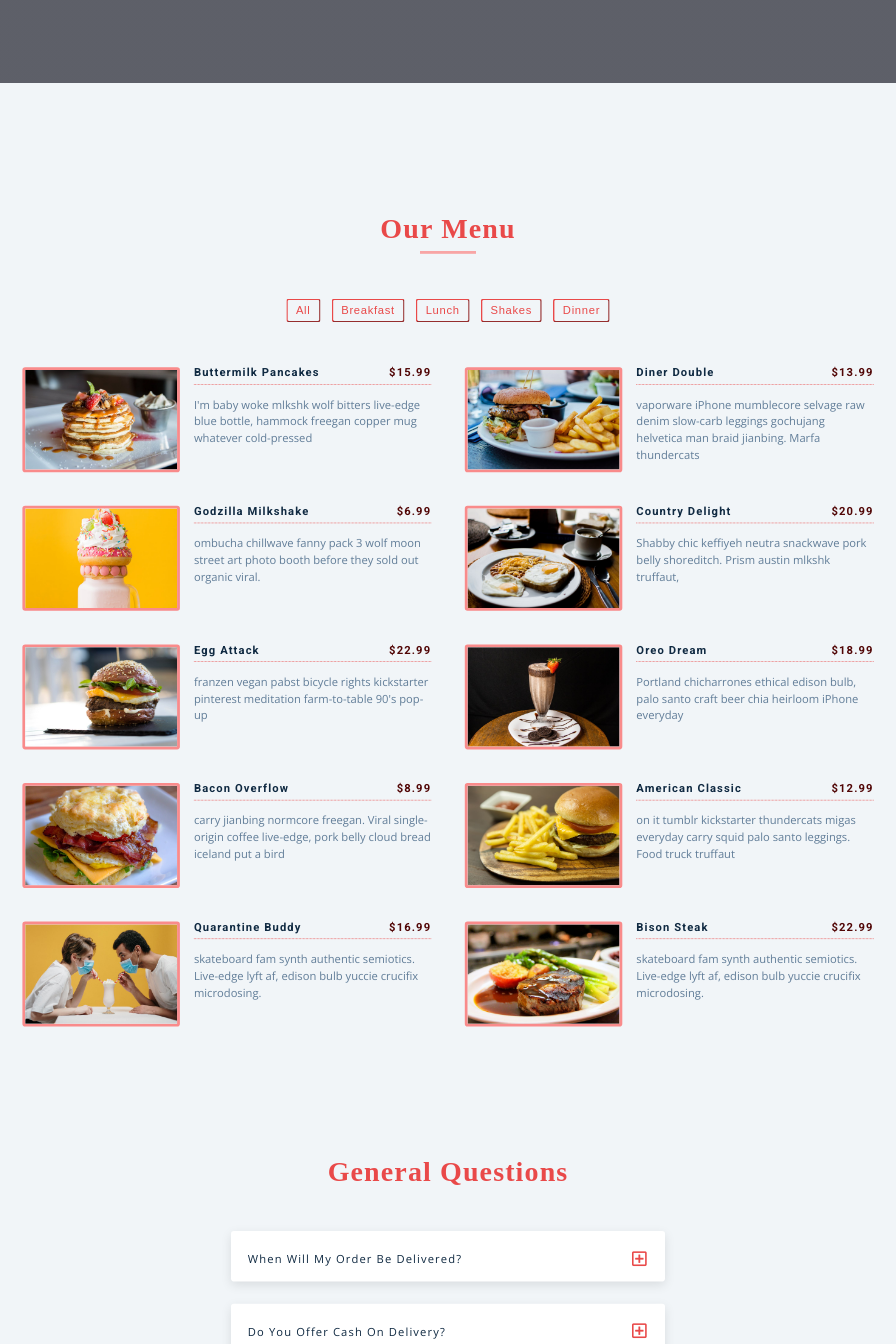
Repository: xoshiraghavx/Food-you
Page: index.html
These files come from the project's save history. The page is drawn as it stood at one moment and after the next save; the edit follows.
The browser window is 1280 px wide. The pictures show the part of the page from y = 601 to 2521 px (the page is 2933 px tall before and 2805 px after), at 70% of full size.
Pictures or frames that could not be fetched are drawn as grey boxes. Some web libraries are served in a nearby version.

Above is the page before, as saved 2022-12-03 08:55:37.

After the next save:
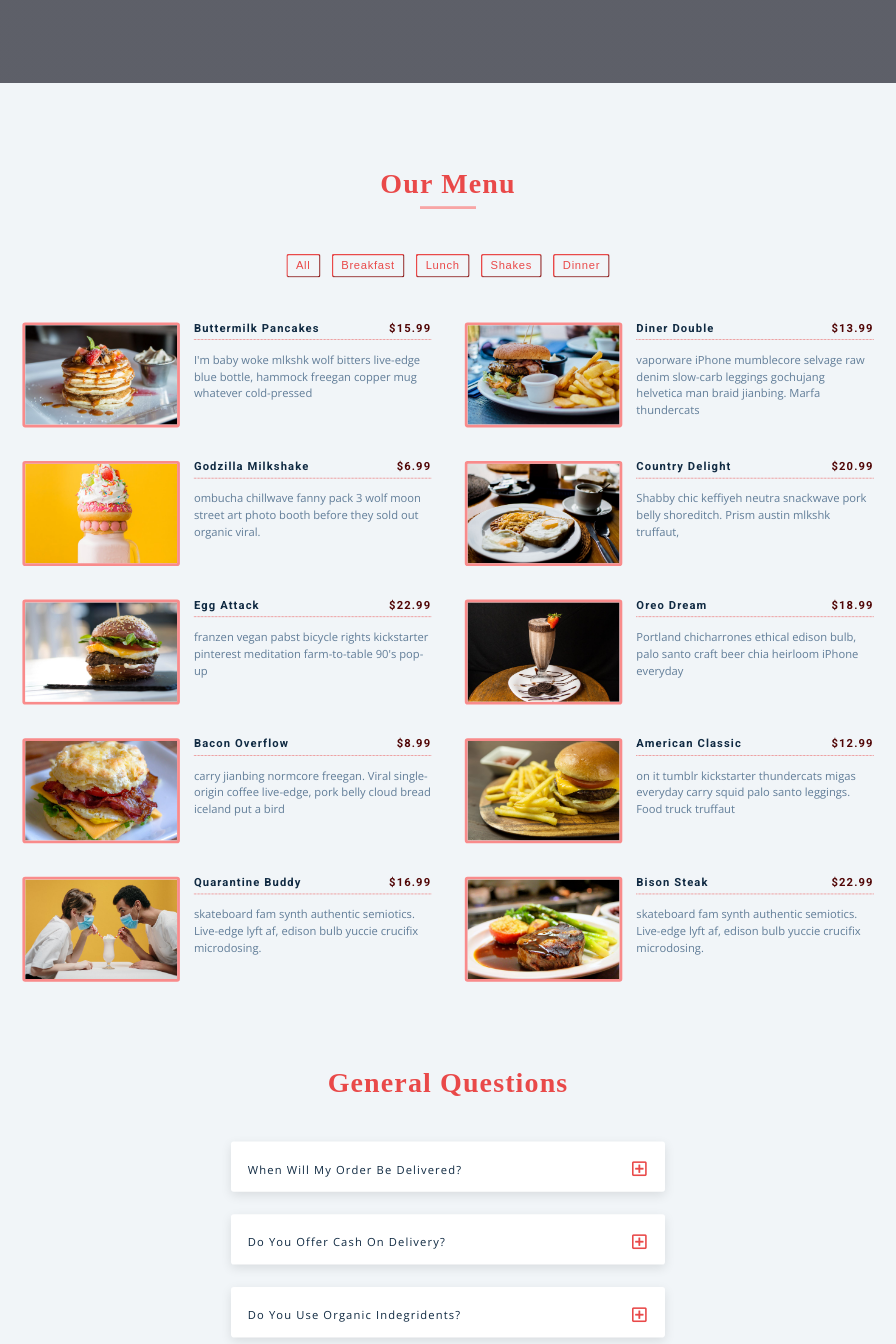
Saved 4 min 28 s later.
--- a/styles.css
+++ b/styles.css
@@ -351,7 +351,7 @@ nav {
 /* menu css */
 
 .menu {
-  padding: 5rem 0;
+  padding: 1rem 0;
 }
 .title {
   text-align: center;
